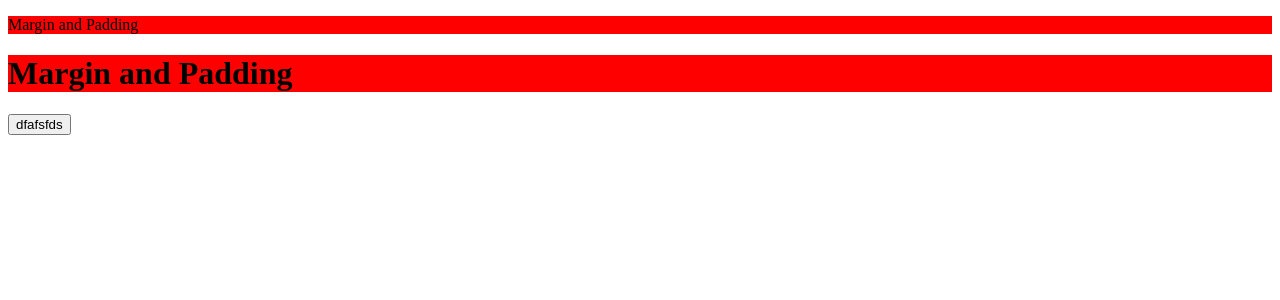
Repository: ntu34543/cut-landing-page-Figma
Page: home.html
The author's editor kept a copy of each file at every save. The page is drawn from the files as they stood at one save, then again after the next save.
The browser window is 1280 px wide. The pictures show the whole page.

Above is the page before, as saved 2022-09-12 22:27:48.

After the next save:
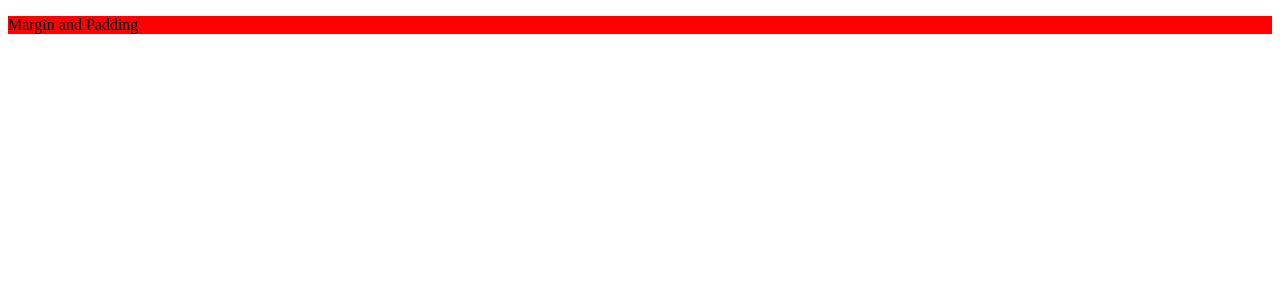
Saved 2 min 21 s later.
--- a/home.html
+++ b/home.html
@@ -188,8 +188,8 @@
 
 <body>
     <p class="des">Margin and Padding</p>
-    <h1 class="des">Margin and Padding</h1>
-    <button>dfafsfds</button>
+    <!-- <h1 class="des">Margin and Padding</h1>
+    <button>dfafsfds</button> -->
     <!-- <div class="form-field">
         <input type="text" class="form-input" placeholder=" ">
         <label for="name" class="form-label">Name</label>
